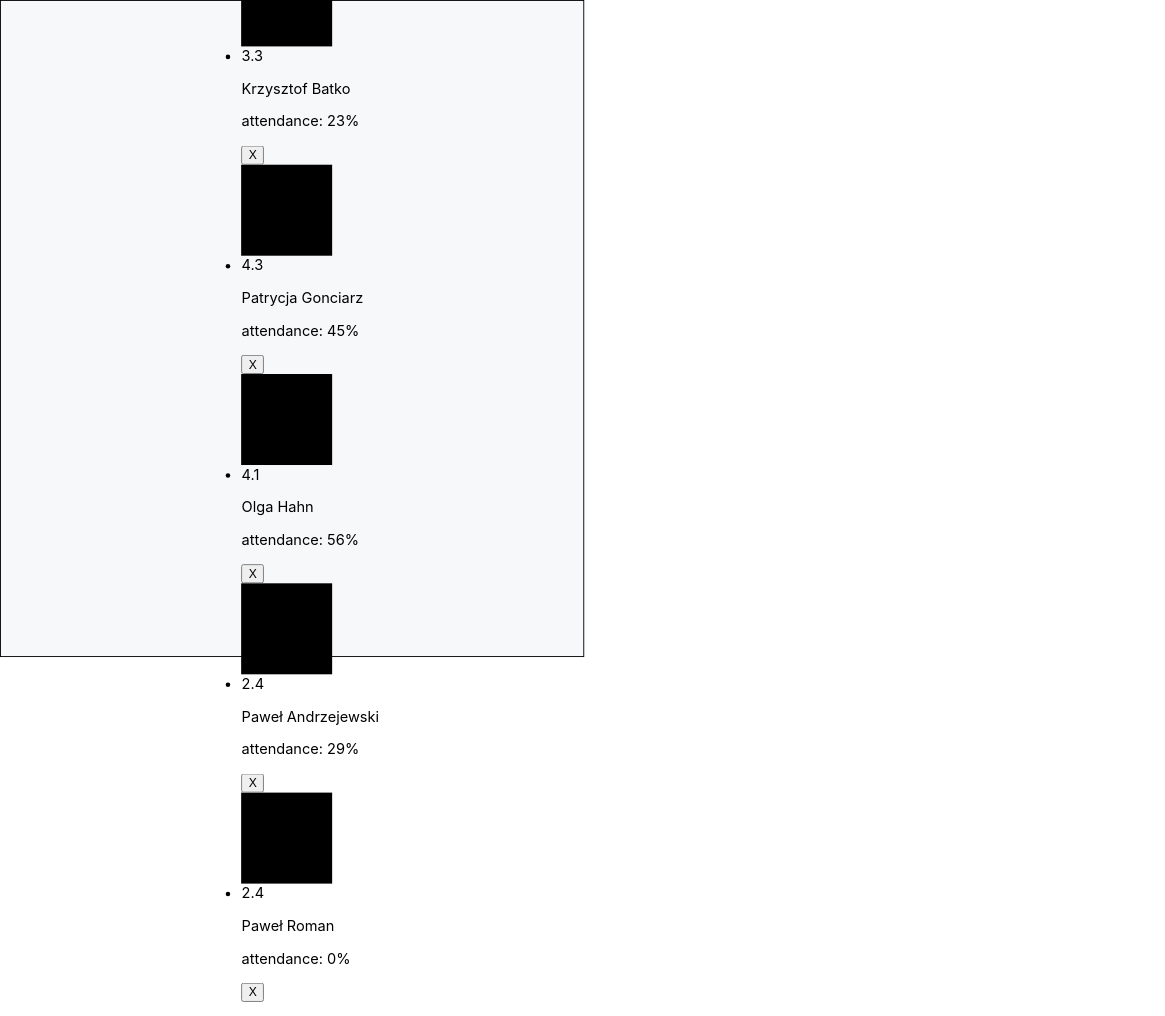
Repository: Dani9090/template-react
Page: /
These files come from the project's save history. The page is drawn as it stood at one moment and after the next save; the edit follows.
The browser window is 1280 px wide. The pictures show the whole page, at 91% of full size.
The project was rebuilt for these pictures with package versions that can differ from the ones it lists, and the page was loaded fresh each time. Also part of the build but not shown: src/components/UserListItem/UserListItem.module.scss.

Above is the page before, as saved 2021-03-05 12:47:56.

After the next save:
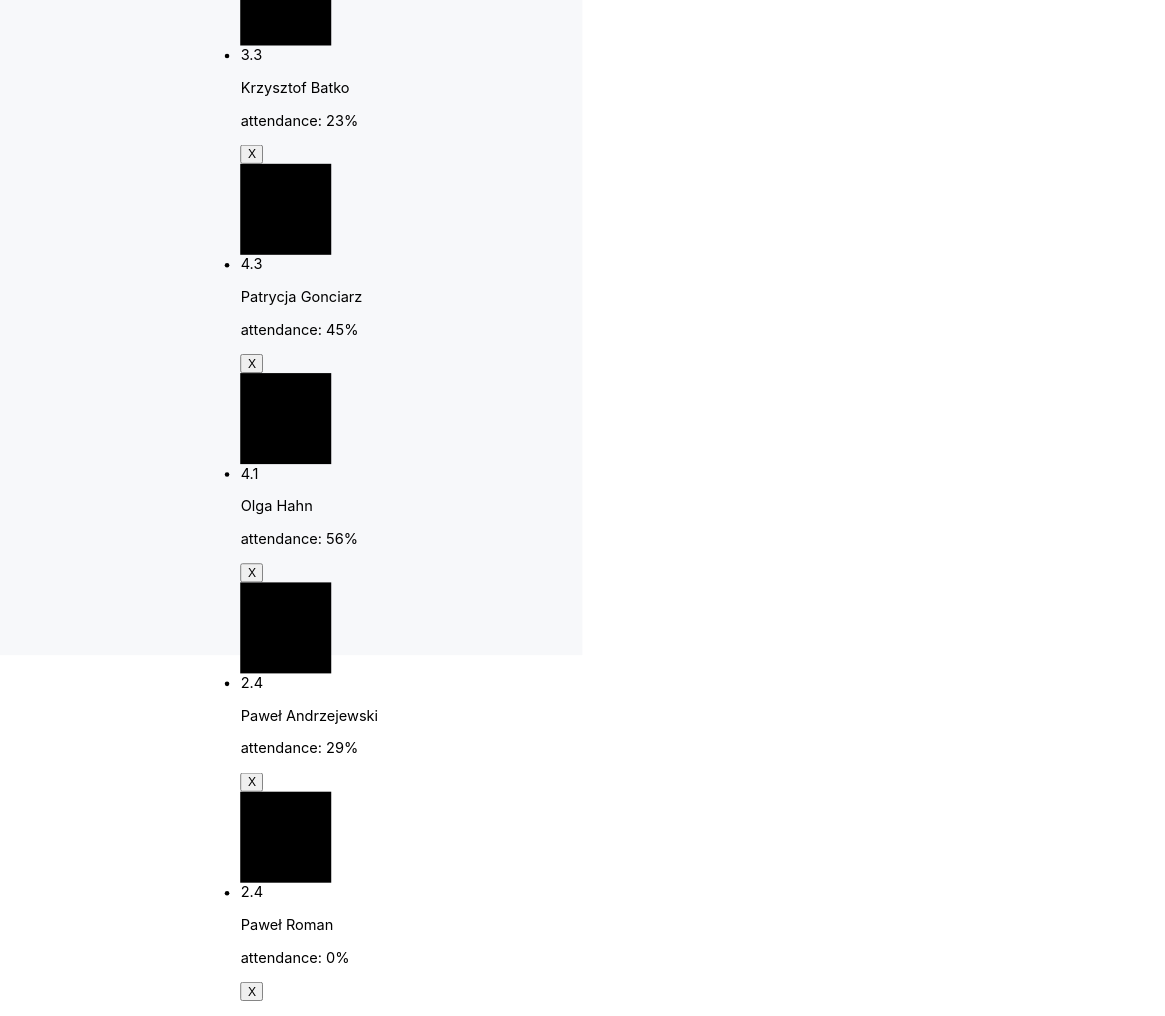
Saved 9 s later.
--- a/src/views/Root.js
+++ b/src/views/Root.js
@@ -9,7 +9,6 @@ const Wrapper = styled.div`
   align-items: center;
   width: ${() => `${window.innerWidth / 2}px`};
   height: 100vh;
-  border: 1px solid black;
 `;
 
 const Root = () => (
